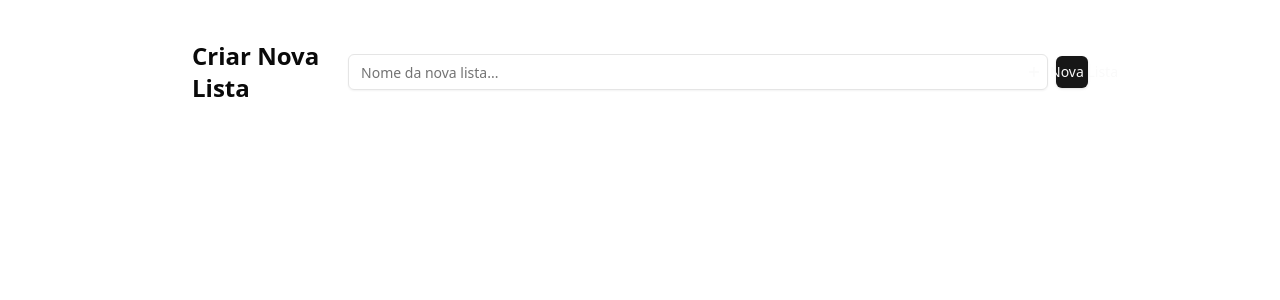
Repository: ribeirosacarlos/ts-frontend
Page: /
An editor plug-in stored every save of this project. The page is shown before and after a run of saves, followed by the edit.
The browser window is 1280 px wide. The pictures show the whole page.
The page's requests for data from a server got no answer. The project was rebuilt for these pictures with package versions that can differ from the ones it lists, and the page was loaded fresh each time. No one was signed in, and anything a server would have sent is missing. Also part of the build but not shown: vite.config.ts, src/components/ui/checkbox.tsx, src/components/ui/card.tsx.

Above is the page before, as saved 2025-05-15 15:52:20.

### src/App.tsx
import { useEffect, useState } from 'react'
import { Input } from "@/components/ui/input";
import { Button } from "@/components/ui/button";
import { Checkbox } from "@/components/ui/checkbox";
import { Card, CardContent } from "@/components/ui/card";
import { Trash2, Plus } from "lucide-react";

type Task = {
  id: number;
  to_do_list_id: number;
  description: string;
  is_completed: number;
  created_at: string;
  updated_at: string;
}

type TodoList = {
  id: number;
  name: string;
  created_at: string;
  updated_at: string;
  tasks: Task[];
}

function App() {
  const [todoLists, setTodoLists] = useState<TodoList[]>([]);
  const [newTasks, setNewTasks] = useState<{ [key: number]: string }>({});
  const [newListName, setNewListName] = useState("");

  useEffect(() => {
    fetchTodoLists();
  }, []);

  const fetchTodoLists = async () => {
    try {
      const response = await fetch("http://localhost:8080/api/to-do-lists");
      const data = await response.json();
      setTodoLists(data);
    } catch (error) {
      console.error("Erro ao buscar listas:", error);
    }
  };

  const createNewList = async () => {
    if (!newListName.trim()) return;

    try {
      await fetch("http://localhost:8080/api/to-do-lists", {
        method: "POST",
        headers: { "Content-Type": "application/json" },
        body: JSON.stringify({ name: newListName }),
      });
      setNewListName("");
      fetchTodoLists();
    } catch (error) {
      console.error("Erro ao criar lista:", error);
    }
  };

  const deleteList = async (listId: number) => {
    try {
      await fetch(`http://localhost:8080/api/to-do-lists/${listId}`, {
        method: "DELETE",
      });
      fetchTodoLists();
    } catch (error) {
      console.error("Erro ao excluir lista:", error);
    }
  };

  const createTask = async (listId: number) => {
    const taskDescription = newTasks[listId];
    if (!taskDescription?.trim()) return;

    try {
      await fetch("http://localhost:8080/api/tasks", {
        method: "POST",
        headers: { "Content-Type": "application/json" },
        body: JSON.stringify({
          description: taskDescription,
          to_do_list_id: listId
        }),
      });
      setNewTasks(prev => ({ ...prev, [listId]: "" }));
      fetchTodoLists();
    } catch (error) {
      console.error("Erro ao criar tarefa:", error);
    }
  };

  const toggleTask = async (task: Task) => {
    try {
      await fetch(`http://localhost:3333/tasks/${task.id}`, {
        method: "PUT",
        headers: { "Content-Type": "application/json" },
        body: JSON.stringify({
          is_completed: task.is_completed ? 0 : 1,
        }),
      });
      fetchTodoLists();
    } catch (error) {
      console.error("Erro ao atualizar tarefa:", error);
    }
  };

  const deleteTask = async (taskId: number) => {
    try {
      await fetch(`http://localhost:8080/api/tasks/${taskId}`, {
        method: "DELETE",
      });
      fetchTodoLists();
    } catch (error) {
      console.error("Erro ao excluir tarefa:", error);
    }
  };

  return (
    <div className="max-w-4xl mx-auto mt-10 space-y-8">
      <div className="flex gap-2 mb-8 items-center justify-between">
        <h2 className="text-2xl font-bold">Criar Nova Lista</h2>
        <Input
          placeholder="Nome da nova lista..."
          value={newListName}
          onChange={(e: React.ChangeEvent<HTMLInputElement>) => setNewListName(e.target.value)}
          onKeyDown={(e: React.KeyboardEvent<HTMLInputElement>) => {
            if (e.key === "Enter") createNewList();
          }}
        />
        <Button onClick={createNewList} className="h-8 w-8">
          <Plus className="h-4 w-4" />
          Nova Lista
        </Button>
      </div>

      {todoLists.map((list) => (
        <div key={list.id} className="space-y-4">
          <div className="flex items-center justify-between">
            <h2 className="text-2xl font-bold">{list.name}</h2>
            <Button
              variant="ghost"
              size="icon"
              className="h-8 w-8"
              onClick={() => deleteList(list.id)}
            >
              <Trash2 className="h-4 w-4" />
            </Button>
          </div>

          <div className="flex gap-2">
            <Input
              placeholder="Digite uma nova tarefa..."
              value={newTasks[list.id] || ""}
              onChange={(e: React.ChangeEvent<HTMLInputElement>) =>
                setNewTasks(prev => ({ ...prev, [list.id]: e.target.value }))
              }
              onKeyDown={(e: React.KeyboardEvent<HTMLInputElement>) => {
                if (e.key === "Enter") createTask(list.id);
              }}
            />
            <Button onClick={() => createTask(list.id)}>Adicionar</Button>
          </div>

          <div className="space-y-2">
            {list.tasks.map((task) => (
              <Card key={task.id}>
                <CardContent className="flex items-center justify-between p-4">
                  <div className="flex items-center gap-2">
                    <Checkbox
                      checked={task.is_completed === 1}
                      onCheckedChange={() => toggleTask(task)}
                    />
                    <span
                      className={`${
                        task.is_completed === 1 ? "line-through text-gray-400" : ""
                      }`}
                    >
                      {task.description}
                    </span>
                  </div>
                  <Button
                    variant="ghost"
                    size="icon"
                    className="h-8 w-8"
                    onClick={() => deleteTask(task.id)}
                  >
                    <Trash2 className="h-4 w-4" />
                  </Button>
                </CardContent>
              </Card>
            ))}
          </div>
        </div>
      ))}
    </div>
  );
}

export default App

### src/components/ui/input.tsx
import * as React from "react"

import { cn } from "@/lib/utils"

const Input = React.forwardRef<HTMLInputElement, React.ComponentProps<"input">>(
  ({ className, type, ...props }, ref) => {
    return (
      <input
        type={type}
        className={cn(
          "flex h-9 w-full rounded-md border border-input bg-transparent px-3 py-1 text-base shadow-sm transition-colors file:border-0 file:bg-transparent file:text-sm file:font-medium file:text-foreground placeholder:text-muted-foreground focus-visible:outline-none focus-visible:ring-1 focus-visible:ring-ring disabled:cursor-not-allowed disabled:opacity-50 md:text-sm",
          className
        )}
        ref={ref}
        {...props}
      />
    )
  }
)
Input.displayName = "Input"

export { Input }

### src/components/ui/button.tsx
import * as React from "react"
import { Slot } from "@radix-ui/react-slot"
import { cva, type VariantProps } from "class-variance-authority"

import { cn } from "@/lib/utils"

const buttonVariants = cva(
  "inline-flex items-center justify-center gap-2 whitespace-nowrap rounded-md text-sm font-medium transition-colors focus-visible:outline-none focus-visible:ring-1 focus-visible:ring-ring disabled:pointer-events-none disabled:opacity-50 [&_svg]:pointer-events-none [&_svg]:size-4 [&_svg]:shrink-0",
  {
    variants: {
      variant: {
        default:
          "bg-primary text-primary-foreground shadow hover:bg-primary/90",
        destructive:
          "bg-destructive text-destructive-foreground shadow-sm hover:bg-destructive/90",
        outline:
          "border border-input bg-background shadow-sm hover:bg-accent hover:text-accent-foreground",
        secondary:
          "bg-secondary text-secondary-foreground shadow-sm hover:bg-secondary/80",
        ghost: "hover:bg-accent hover:text-accent-foreground",
        link: "text-primary underline-offset-4 hover:underline",
      },
      size: {
        default: "h-9 px-4 py-2",
        sm: "h-8 rounded-md px-3 text-xs",
        lg: "h-10 rounded-md px-8",
        icon: "h-9 w-9",
      },
    },
    defaultVariants: {
      variant: "default",
      size: "default",
    },
  }
)

export interface ButtonProps
  extends React.ButtonHTMLAttributes<HTMLButtonElement>,
    VariantProps<typeof buttonVariants> {
  asChild?: boolean
}

const Button = React.forwardRef<HTMLButtonElement, ButtonProps>(
  ({ className, variant, size, asChild = false, ...props }, ref) => {
    const Comp = asChild ? Slot : "button"
    return (
      <Comp
        className={cn(buttonVariants({ variant, size, className }))}
        ref={ref}
        {...props}
      />
    )
  }
)
Button.displayName = "Button"

export { Button, buttonVariants }

Loaded but not shown: index.html (common file); src/main.tsx (common file); src/index.css (common file); src/lib/utils.ts (common file); tailwind.config.js (common file)

After the next 2 saves:
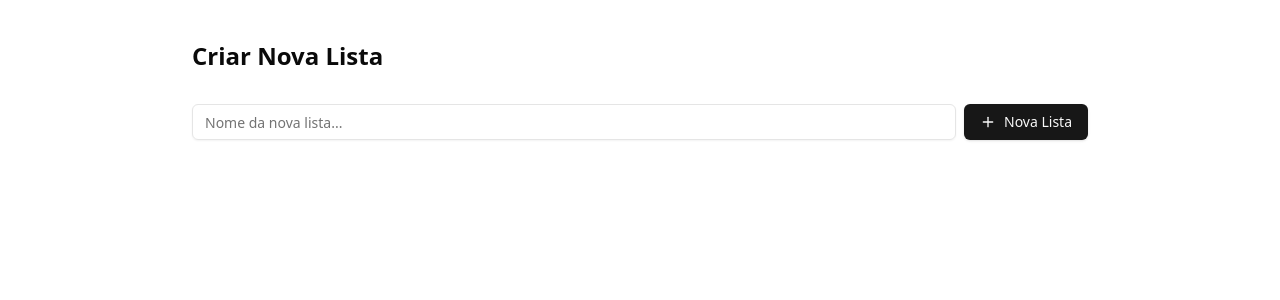
The 2 saves are shown as one change because they came seconds apart.
The last was saved 31 s later.
--- a/src/App.tsx
+++ b/src/App.tsx
@@ -118,6 +118,8 @@ function App() {
     <div className="max-w-4xl mx-auto mt-10 space-y-8">
       <div className="flex gap-2 mb-8 items-center justify-between">
         <h2 className="text-2xl font-bold">Criar Nova Lista</h2>
+        </div>
+        <div className="flex gap-2 mb-8 items-center justify-between">
         <Input
           placeholder="Nome da nova lista..."
           value={newListName}
@@ -126,7 +128,7 @@ function App() {
             if (e.key === "Enter") createNewList();
           }}
         />
-        <Button onClick={createNewList} className="h-8 w-8">
+        <Button onClick={createNewList} className="flex items-center gap-2">
           <Plus className="h-4 w-4" />
           Nova Lista
         </Button>
